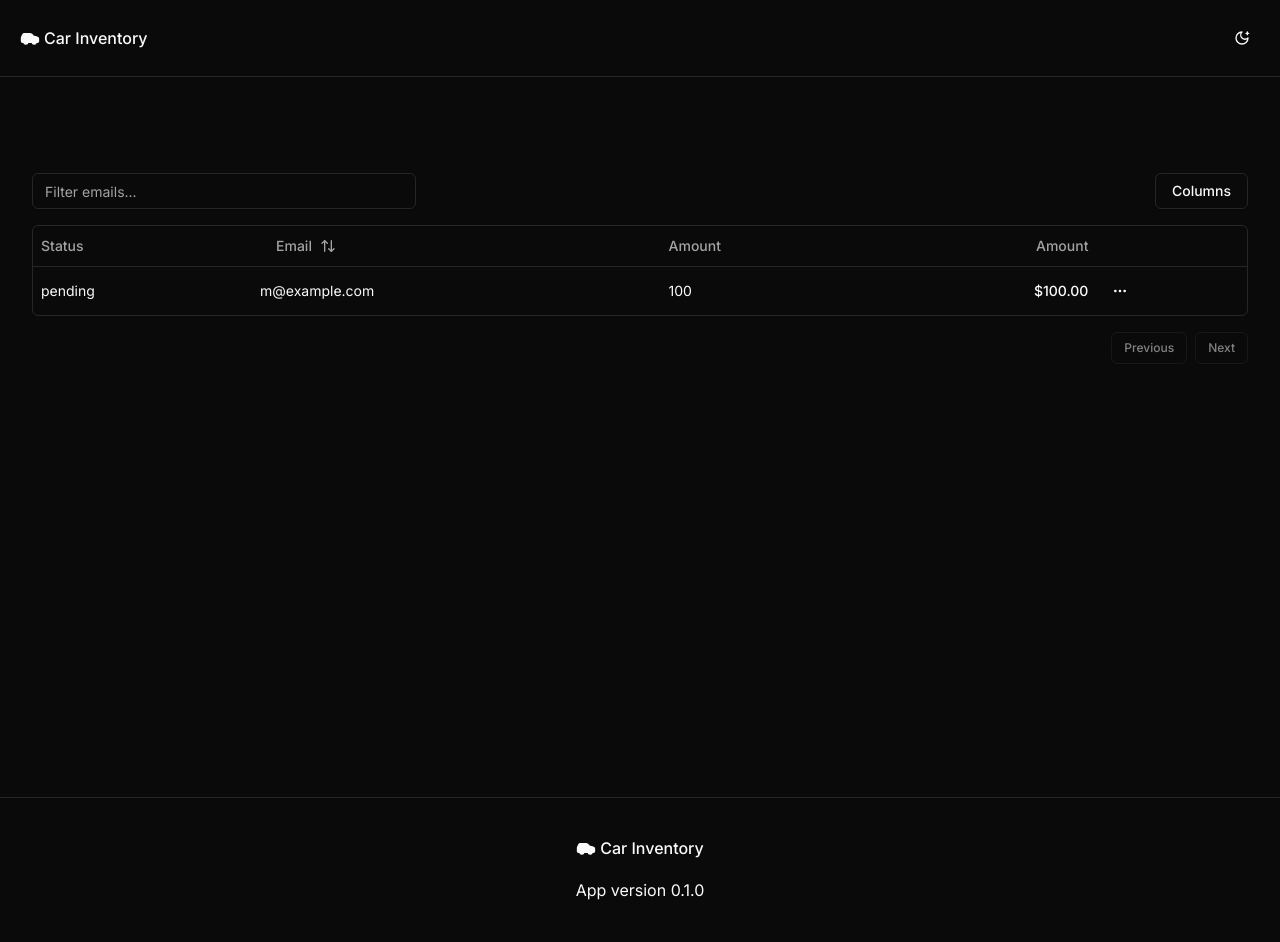
Repository: tushcmd/car-inventory
Page: /payments (app in frontend/)
These files come from the project's save history. The page is drawn as it stood at one moment and after the next save; the edit follows.
The browser window is 1280 px wide. The pictures show the whole page.
The project was rebuilt for these pictures with package versions that can differ from the ones it lists, and the page was loaded fresh each time. The framework's server and built-in components were replaced by stand-ins that run in the browser. Also part of the build but not shown: frontend/next.config.mjs.

Above is the page before, as saved 2024-05-12 07:00:42.

After the next save:
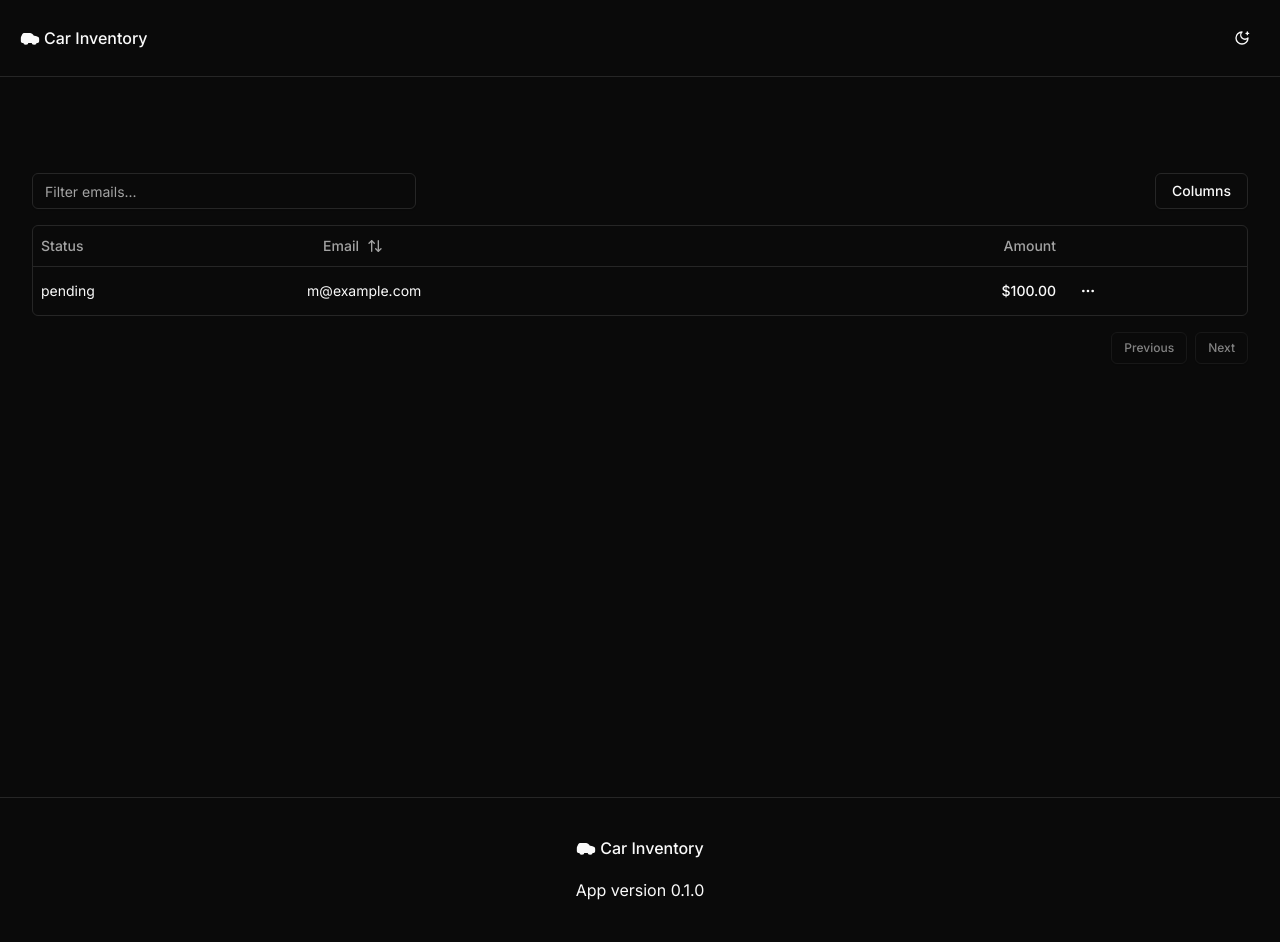
Saved 1 s later.
--- a/frontend/app/payments/columns.tsx
+++ b/frontend/app/payments/columns.tsx
@@ -42,11 +42,6 @@ export const columns: ColumnDef<Payment>[] = [
       )
     },
   },
-
-  {
-    accessorKey: "amount",
-    header: "Amount",
-  },
   {
     accessorKey: "amount",
     header: () => <div className="text-right">Amount</div>,
